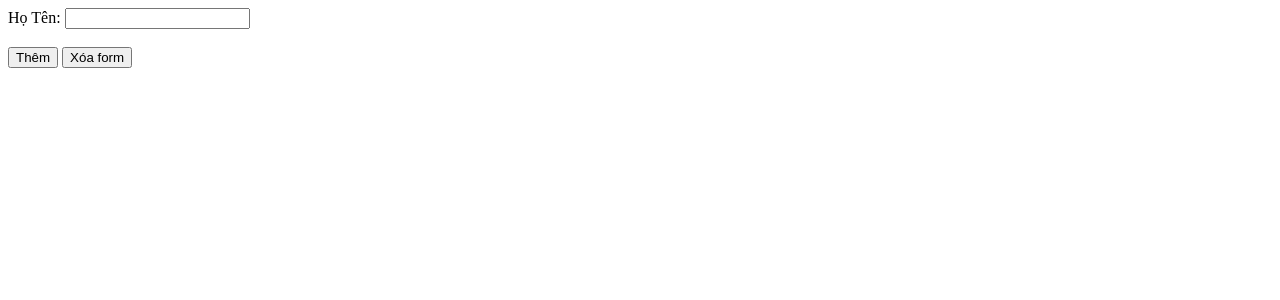
Repository: NguyenNTPH17778/document
Page: http://localhost/PH17778_NguyenThiNguyen_Lab5_310322/views/categories/create.jsp
These files come from the project's save history. The page is drawn as it stood at one moment and after the next save; the edit follows.
The browser window is 1280 px wide. The pictures show the whole page.
The page is served by Tomcat 9. Other server files are loaded and not shown.

Above is the page before, as saved 2022-04-02 10:57:39.

### PH17778_NguyenThiNguyen_Lab5_310322/src/main/webapp/views/categories/create.jsp
<%@ page language="java" contentType="text/html; charset=UTF-8"
    pageEncoding="UTF-8"%>
<%@taglib uri="http://java.sun.com/jstl/core_rt" prefix="c" %>
<%@ taglib uri="http://java.sun.com/jstl/fmt_rt" prefix="fmt" %>
<form method="POST"action="/PH17778_NguyenThiNguyen_Lab5_310322/category/store">
		<div class="row  mt-5	">
			<label class="col-2">Họ Tên:</label>
			<input class="col-7" form="form-controll" type="text" name="ten"  />
		</div>
		</br>

		<div class="">
			<button class="btn btn-outline-success">Thêm</button>
			<button type="reset" class="btn btn-outline-warning">Xóa form</button>
		</div>
</form>

After the next save:
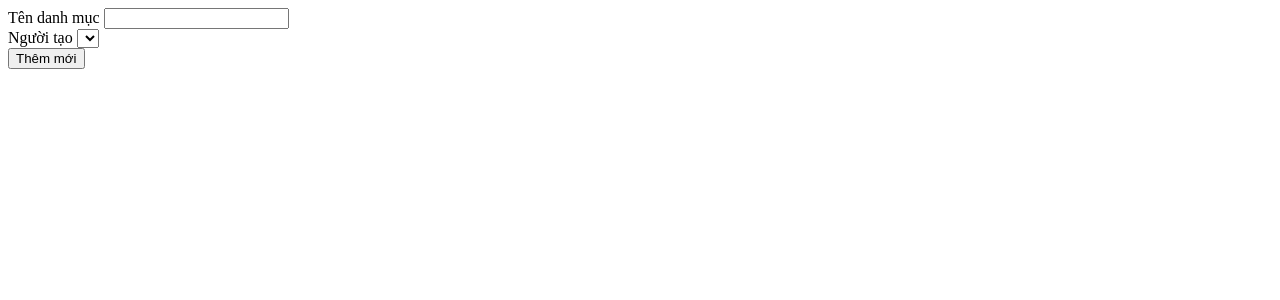
Saved 80 s later.
--- a/PH17778_NguyenThiNguyen_Lab5_310322/src/main/webapp/views/categories/create.jsp
+++ b/PH17778_NguyenThiNguyen_Lab5_310322/src/main/webapp/views/categories/create.jsp
@@ -3,14 +3,21 @@
 <%@taglib uri="http://java.sun.com/jstl/core_rt" prefix="c" %>
 <%@ taglib uri="http://java.sun.com/jstl/fmt_rt" prefix="fmt" %>
 <form method="POST"action="/PH17778_NguyenThiNguyen_Lab5_310322/category/store">
-		<div class="row  mt-5	">
-			<label class="col-2">Họ Tên:</label>
-			<input class="col-7" form="form-controll" type="text" name="ten"  />
+
+		<div>
+			<label>Tên danh mục</label>
+			<input type="text" name="ten" />
 		</div>
-		</br>
+		<div>
+			<label>Người tạo</label>
+			<select name="user_id">
+			<c:forEach items="${ dsUser }" var="user">
+				<option value="${ user.id }">
+					${ user.hoTen }
+				</option>
+			</c:forEach>
+			</select>
+		</div>
+		<button>Thêm mới</button>
 
-		<div class="">
-			<button class="btn btn-outline-success">Thêm</button>
-			<button type="reset" class="btn btn-outline-warning">Xóa form</button>
-		</div>
 </form>
